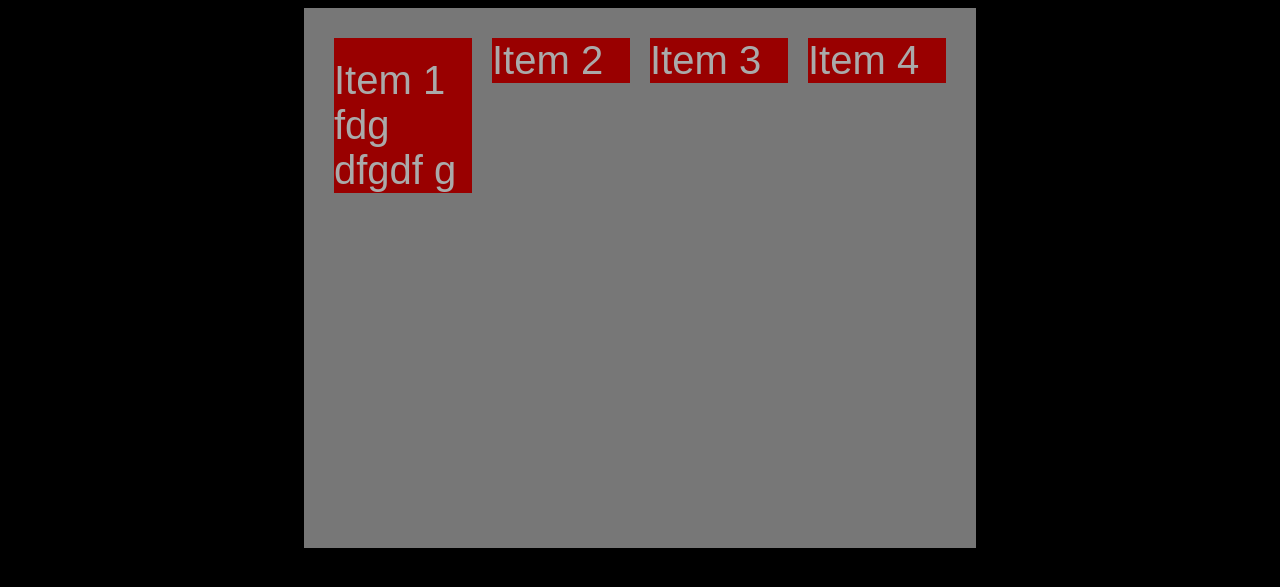
Repository: vitorgiovane/origamid-flexblog
Page: index.html
The author's editor kept a copy of each file at every save. The page is drawn from the files as they stood at one save, then again after the next save.
The browser window is 1280 px wide. The pictures show the whole page.

Above is the page before, as saved 2019-02-24 22:00:13.

### index.html
<!DOCTYPE html>
<html lang="en">
<head>
  <meta charset="UTF-8">
  <meta name="viewport" content="width=device-width, initial-scale=1.0">
  <meta http-equiv="X-UA-Compatible" content="ie=edge">
  <link rel="stylesheet" href="style.css">
  <title>Document</title>
</head>
<body>
  <div class="container">
    <div class="item" style="padding-top:20px;">Item 1 fdg dfgdf g</div>
    <div class="item">Item 2</div>
    <div class="item">Item 3</div>
    <div class="item">Item 4</div>
    <!-- <div class="item">Item 5</div>
    <div class="item">Item 6 sd dfsdf sf</div>
    <div class="item">Item 7</div>
    <div class="item">Item 8</div>
    <div class="item">Item 9</div> -->
  </div>

</body>
</html>

### style.css
body{
  background-color: black;
  color: #aaa;
}

.container{
  background-color: #777;
  padding:20px;
  display: flex;
  /* flex-direction: row; */
  width: 50%;
  height: 500px;
  margin: auto;
  /* flex-wrap: wrap-reverse; */
  flex-flow: row wrap;
  /* justify-content: flex-end; */
  align-items: flex-start;
}

.item{
  background-color: #900;
  margin:10px;
  flex: 1;
  font-size: 40px;
  font-family: sans-serif;
}

After the next save:
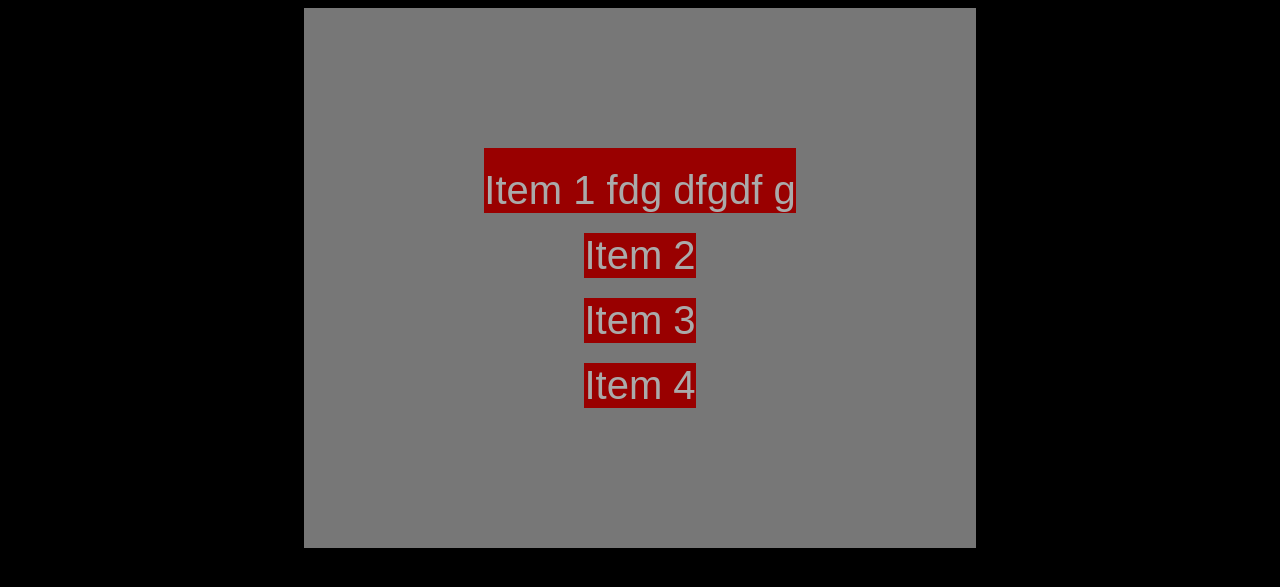
Saved 3 min 4 s later.
--- a/style.css
+++ b/style.css
@@ -12,15 +12,15 @@
   height: 500px;
   margin: auto;
   /* flex-wrap: wrap-reverse; */
-  flex-flow: row wrap;
-  /* justify-content: flex-end; */
-  align-items: flex-start;
+  flex-flow: column wrap;
+  justify-content: center;
+  align-items: center;
 }
 
 .item{
   background-color: #900;
   margin:10px;
-  flex: 1;
+  /* flex: 1; */
   font-size: 40px;
   font-family: sans-serif;
 }
